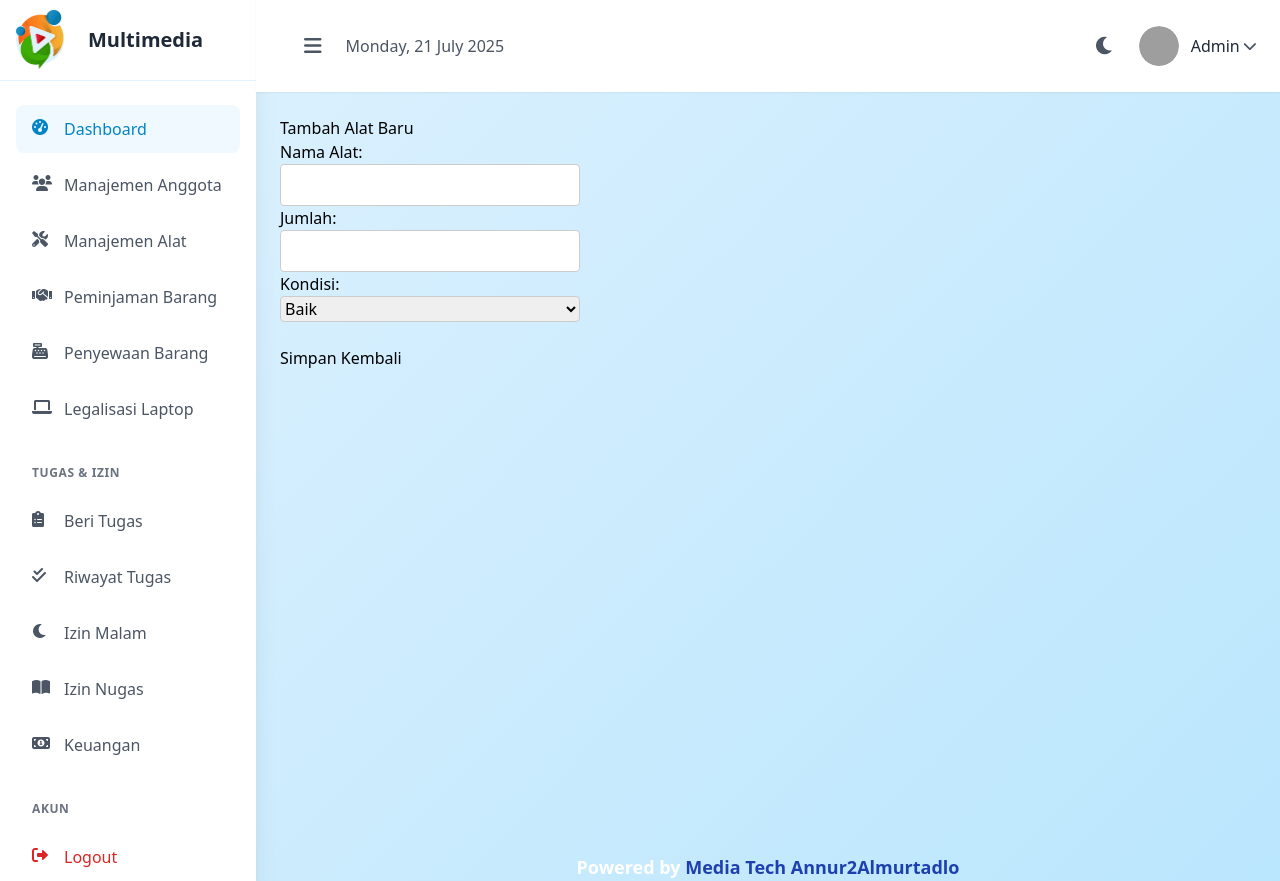
Repository: fatkquladhim/multimedia_app
Page: http://localhost/admin/daftar alat/tambah-barang.php
An editor plug-in stored every save of this project. The page is shown before and after the next save, followed by the edit.
The browser window is 1280 px wide. The pictures show the whole page.
Pictures or frames that could not be fetched are drawn as grey boxes. Some web libraries are served in a nearby version. The page is run by PHP 8.4 with error messages shown; the project is at /var/www/html/. The session is filled in as if someone had signed in: {"user_id": 2, "username": "asep", "role": "admin"}. Other server files are loaded and not shown. The database holds what the project's SQL file puts in it.

Above is the page before, as saved 2025-07-21 22:20:26.
Console error: TypeError: Cannot read properties of null (reading 'value')

### admin/daftar alat/tambah-barang.php
<?php
session_start();
if (!isset($_SESSION['user_id']) || $_SESSION['role'] !== 'admin') {
    header('Location: ../../auth/login.php');
    exit;
}

require_once '../../includes/db_config.php';
$conn = new mysqli(DB_HOST, DB_USER, DB_PASS, DB_NAME);

if ($_SERVER['REQUEST_METHOD'] === 'POST') {
    $nama_alat = $_POST['nama_alat'];
    $jumlah = $_POST['jumlah'];
    $kondisi = $_POST['kondisi'];

    $stmt = $conn->prepare("INSERT INTO alat (nama_alat, jumlah, kondisi) VALUES (?, ?, ?)");
    $stmt->bind_param("sis", $nama_alat, $jumlah, $kondisi);

    if ($stmt->execute()) {
        header("Location: daftar-alat.php?status=success&message=Alat berhasil ditambahkan");
    } else {
        header("Location: tambah-barang.php?status=error&message=Gagal menambahkan alat");
    }

    $stmt->close();
    exit;
}
include '../header_beckend.php';
include '../header.php';
?>

    <h2>Tambah Alat Baru</h2>

    <?php
    if (isset($_GET['status']) && isset($_GET['message'])) {
        echo "<div class='alert'>" . htmlspecialchars($_GET['message']) . "</div>";
    }
    ?>

    <form method="POST">
        <div>
            <label>Nama Alat:</label><br>
            <input type="text" name="nama_alat" required>
        </div>

        <div>
            <label>Jumlah:</label><br>
            <input type="number" name="jumlah" min="0" required>
        </div>

        <div>
            <label>Kondisi:</label><br>
            <select name="kondisi" required>
                <option value="Baik">Baik</option>
                <option value="Rusak Ringan">Rusak Ringan</option>
                <option value="Rusak Berat">Rusak Berat</option>
            </select>
        </div>

        <br>
        <button type="submit">Simpan</button>
        <a href="daftar-alat.php">Kembali</a>
    </form>
<?php
// Sertakan footer
include '../footer.php'; // Path relatif dari 'anggota/' ke 'includes/'
$conn->close();
?>

### includes/db_config.php
<?php
// Konfigurasi database
define('DB_HOST', 'localhost');
define('DB_USER', 'root'); // ganti jika user database Anda berbeda
define('DB_PASS', '');     // ganti jika ada password database
define('DB_NAME', 'db_multimedia'); // nama database
?>

### admin/header_beckend.php
<?php
$profile_name = "Admin "; // Default
$profile_photo = "default_profile.jpg"; // Default
$id_user = $_SESSION['user_id']; // Make sure to get the user ID from the session

$stmt_profile = $conn->prepare('SELECT nama_lengkap, foto FROM profile WHERE id_user = ?');
if ($stmt_profile) {
    $stmt_profile->bind_param('i', $id_user);
    $stmt_profile->execute();
    $stmt_profile->bind_result($fetched_name, $fetched_photo);
    if ($stmt_profile->fetch()) {
        $profile_name = htmlspecialchars($fetched_name);
        $profile_photo = htmlspecialchars($fetched_photo);
    }
    $stmt_profile->close();
} else {
    // Handle error if the statement could not be prepared
    $message = 'Error preparing statement for profile fetch.';
    $message_type = 'error';
}
?>

### admin/sidebar.php

    <div id="sidebar" class="w-64 bg-white dark:bg-slate-800 shadow-xl flex-shrink-0 sidebar transition-all duration-300 overflow-hidden glass-effect">
        <div class="p-4 flex items-center justify-between border-b border-light-blue-100 dark:border-slate-700">
            <div class="flex items-center space-x-6">
                <div class="w-12 h-12 bg-light-blue-100 rounded-full flex items-center justify-center">
                    <img src="../../public/assets/imgs/rev-removebg-preview.png">
                </div>
                <h1 class="text-xl font-bold text-gray-800 dark:text-white">Multimedia</h1>
            </div>
            <button id="closeSidebar" class="md:hidden p-2 text-gray-500 hover:text-gray-700 dark:text-gray-400 dark:hover:text-gray-200">
                <i class="fas fa-times"></i>
            </button>
        </div>

        <nav class="mt-6 px-4">
            <div class="space-y-2">
                <a href="../dashboard.php" class="flex items-center px-4 py-3 text-light-blue-600 bg-light-blue-50 dark:bg-light-blue-900 dark:text-light-blue-300 rounded-lg sidebar-nav-item hover-scale">
                    <i class="fas fa-tachometer-alt w-5 h-5 mr-3"></i>
                    <span class="font-medium">Dashboard</span>
                </a>

                <a href="../anggota/anggota.php" class="flex items-center px-4 py-3 text-gray-600 dark:text-gray-300 hover:text-light-blue-600 dark:hover:text-light-blue-400 hover:bg-light-blue-50 dark:hover:bg-slate-700 rounded-lg sidebar-nav-item hover-scale">
                    <i class="fas fa-users w-5 h-5 mr-3"></i>
                    <span class="font-medium">Manajemen Anggota</span>
                </a>

                <a href="../daftar alat/daftar-alat.php" class="flex items-center px-4 py-3 text-gray-600 dark:text-gray-300 hover:text-light-blue-600 dark:hover:text-light-blue-400 hover:bg-light-blue-50 dark:hover:bg-slate-700 rounded-lg sidebar-nav-item hover-scale">
                    <i class="fas fa-tools w-5 h-5 mr-3"></i>
                    <span class="font-medium">Manajemen Alat</span>
                </a>

                <a href="../peminjaman/peminjaman-barang.php" class="flex items-center px-4 py-3 text-gray-600 dark:text-gray-300 hover:text-light-blue-600 dark:hover:text-light-blue-400 hover:bg-light-blue-50 dark:hover:bg-slate-700 rounded-lg sidebar-nav-item hover-scale">
                    <i class="fas fa-handshake w-5 h-5 mr-3"></i>
                    <span class="font-medium">Peminjaman Barang</span>
                </a>

                <a href="../penyewaan/penyewaan-barang.php" class="flex items-center px-4 py-3 text-gray-600 dark:text-gray-300 hover:text-light-blue-600 dark:hover:text-light-blue-400 hover:bg-light-blue-50 dark:hover:bg-slate-700 rounded-lg sidebar-nav-item hover-scale">
                    <i class="fas fa-cash-register w-5 h-5 mr-3"></i>
                    <span class="font-medium">Penyewaan Barang</span>
                </a>

                <a href="../legalisasi laptop/legalisasi_list.php" class="flex items-center px-4 py-3 text-gray-600 dark:text-gray-300 hover:text-light-blue-600 dark:hover:text-light-blue-400 hover:bg-light-blue-50 dark:hover:bg-slate-700 rounded-lg sidebar-nav-item hover-scale">
                    <i class="fas fa-laptop w-5 h-5 mr-3"></i>
                    <span class="font-medium">Legalisasi Laptop</span>
                </a>
            </div>

            <div class="mt-8 mb-4">
                <h3 class="px-4 text-xs font-semibold text-gray-500 dark:text-gray-400 uppercase tracking-wider">
                    Tugas & Izin
                </h3>
            </div>

            <div class="space-y-2">
                <a href="../beri tugas/beri_tugas_form.php" class="flex items-center px-4 py-3 text-gray-600 dark:text-gray-300 hover:text-light-blue-600 dark:hover:text-light-blue-400 hover:bg-light-blue-50 dark:hover:bg-slate-700 rounded-lg sidebar-nav-item hover-scale">
                    <i class="fas fa-clipboard-list w-5 h-5 mr-3"></i>
                    <span class="font-medium">Beri Tugas</span>
                </a>

                <a href="../beri tugas/tugas_selesai_riwayat.php" class="flex items-center px-4 py-3 text-gray-600 dark:text-gray-300 hover:text-light-blue-600 dark:hover:text-light-blue-400 hover:bg-light-blue-50 dark:hover:bg-slate-700 rounded-lg sidebar-nav-item hover-scale">
                    <i class="fas fa-check-double w-5 h-5 mr-3"></i>
                    <span class="font-medium">Riwayat Tugas</span>
                </a>

                <a href="../izin_malam/izin-malam.php" class="flex items-center px-4 py-3 text-gray-600 dark:text-gray-300 hover:text-light-blue-600 dark:hover:text-light-blue-400 hover:bg-light-blue-50 dark:hover:bg-slate-700 rounded-lg sidebar-nav-item hover-scale">
                    <i class="fas fa-moon w-5 h-5 mr-3"></i>
                    <span class="font-medium">Izin Malam</span>
                </a>

                <a href="../izin_nugas/izin-nugas.php" class="flex items-center px-4 py-3 text-gray-600 dark:text-gray-300 hover:text-light-blue-600 dark:hover:text-light-blue-400 hover:bg-light-blue-50 dark:hover:bg-slate-700 rounded-lg sidebar-nav-item hover-scale">
                    <i class="fas fa-book-open w-5 h-5 mr-3"></i>
                    <span class="font-medium">Izin Nugas</span>
                </a>

                <a href="../keuangan/manage_uang.php" class="flex items-center px-4 py-3 text-gray-600 dark:text-gray-300 hover:text-light-blue-600 dark:hover:text-light-blue-400 hover:bg-light-blue-50 dark:hover:bg-slate-700 rounded-lg sidebar-nav-item hover-scale">
                    <i class="fas fa-money-bill-alt w-5 h-5 mr-3"></i>
                    <span class="font-medium">Keuangan</span>
                </a>
            </div>

            <div class="mt-8 mb-4">
                <h3 class="px-4 text-xs font-semibold text-gray-500 dark:text-gray-400 uppercase tracking-wider">
                    Akun
                </h3>
            </div>

            <div class="space-y-2">
                <a href="../../auth/logout.php" class="flex items-center px-4 py-3 text-red-600 dark:text-red-400 hover:text-red-700 dark:hover:text-red-300 hover:bg-red-50 dark:hover:bg-red-900 rounded-lg sidebar-nav-item hover-scale">
                    <i class="fas fa-sign-out-alt w-5 h-5 mr-3"></i>
                    <span class="font-medium">Logout</span>
                </a>
            </div>
        </nav>
    </div>

### admin/footer.php

                </main>
                <footer  class="flex justify-center">
                    <p class="text-white font-bold text-lg">
                         Powered by <span class="text-blue-800">Media Tech Annur2Almurtadlo</span>
                    </p>
                </footer>
            </div>
        </div>
        <script>

    // Dark Mode Toggle
    const darkModeToggle = document.getElementById('darkModeToggle');
    const html = document.documentElement;

    // Check for saved theme preference or default to light mode
    const savedTheme = localStorage.getItem('theme');
    if (savedTheme === 'dark') {
        html.classList.add('dark');
    }

    darkModeToggle.addEventListener('click', () => {
        html.classList.toggle('dark');
        localStorage.setItem('theme', html.classList.contains('dark') ? 'dark' : 'light');
    });

    // Mobile Menu Toggle
    const mobileMenuToggle = document.getElementById('mobileMenuToggle');
    const sidebar = document.getElementById('sidebar');
    const sidebarOverlay = document.getElementById('sidebarOverlay');
    const closeSidebar = document.getElementById('closeSidebar');

    function toggleMobileSidebar() {
        sidebar.classList.toggle('active');
        sidebarOverlay.classList.toggle('active');
    }

    mobileMenuToggle.addEventListener('click', toggleMobileSidebar);
    closeSidebar.addEventListener('click', toggleMobileSidebar);
    sidebarOverlay.addEventListener('click', toggleMobileSidebar);

    // Desktop Sidebar Toggle
    const sidebarToggle = document.getElementById('sidebarToggle');
    const mainContentArea = document.getElementById('mainContentArea');
    let isSidebarOpen = true;

    sidebarToggle.addEventListener('click', () => {
        if (isSidebarOpen) {
            // Close sidebar
            sidebar.classList.remove('w-64');
            sidebar.classList.add('w-20');

            // Hide text content
            sidebar.querySelectorAll('span.font-medium, h3')
                .forEach(el => el.classList.add('hidden'));

            // Show only icons
            sidebar.querySelectorAll('i')
                .forEach(el => el.classList.add('mx-auto'));

            sidebarToggle.querySelector('i').classList.replace('fa-bars', 'fa-arrow-right');
        } else {
            // Open sidebar
            sidebar.classList.remove('w-20');
            sidebar.classList.add('w-64');

            // Show text content
            sidebar.querySelectorAll('span.font-medium, h3')
                .forEach(el => el.classList.remove('hidden'));

            // Reset icon alignment
            sidebar.querySelectorAll('i')
                .forEach(el => el.classList.remove('mx-auto'));

            sidebarToggle.querySelector('i').classList.replace('fa-arrow-right', 'fa-bars');
        }
        isSidebarOpen = !isSidebarOpen;
    });

    // Responsive behavior
    function handleResize() {
        if (window.innerWidth < 768) {
            // Mobile: Hide desktop sidebar toggle, show mobile menu
            sidebarToggle.classList.add('hidden');
            mobileMenuToggle.classList.remove('hidden');

            // Reset sidebar state for mobile
            sidebar.classList.remove('active');
            sidebarOverlay.classList.remove('active');
        } else {
            // Desktop: Show desktop sidebar toggle, hide mobile menu
            sidebarToggle.classList.remove('hidden');
            mobileMenuToggle.classList.add('hidden');

            // Ensure sidebar is properly positioned for desktop
            sidebar.classList.remove('active');
            sidebarOverlay.classList.remove('active');
        }
    }

    // Initial check
    handleResize();

    // Listen for resize events
    window.addEventListener('resize', handleResize);

    // Smooth scrolling for anchor links
    document.querySelectorAll('a[href^="#"]').forEach(anchor => {
        anchor.addEventListener('click', function(e) {
            e.preventDefault();
            const target = document.querySelector(this.getAttribute('href'));
            if (target) {
                target.scrollIntoView({
                    behavior: 'smooth'
                });
            }
        });
    });

    // Add loading animation to buttons
    document.querySelectorAll('button, a').forEach(element => {
        element.addEventListener('click', function() {
            if (!this.classList.contains('no-loading')) {
                this.style.opacity = '0.8';
                setTimeout(() => {
                    this.style.opacity = '1';
                }, 200);
            }
        });
    });

// penambahan untuk peminjaman dan penyewaan
    function togglePeminjam() {
            var tipe = document.getElementById('tipe_peminjam').value;
            if (tipe === 'umum') {
                document.getElementById('form_umum').style.display = 'block';
                document.getElementById('form_anggota').style.display = 'none';
                document.getElementById('nama_peminjam').required = true;
                document.getElementById('kontak_peminjam').required = true;
                document.getElementById('id_anggota').required = false;
            } else {
                document.getElementById('form_umum').style.display = 'none';
                document.getElementById('form_anggota').style.display = 'block';
                document.getElementById('nama_peminjam').required = false;
                document.getElementById('kontak_peminjam').required = false;
                document.getElementById('id_anggota').required = true;
            }
        }
        function togglePenyewa() {
            var tipe = document.getElementById('tipe_penyewa').value;
            if (tipe === 'umum') {
                document.getElementById('form_umum').style.display = 'block';
                document.getElementById('form_anggota').style.display = 'none';
                document.getElementById('nama_penyewa').required = true;
                document.getElementById('kontak_penyewa').required = true;
                document.getElementById('id_anggota').required = false;
            } else {
                document.getElementById('form_umum').style.display = 'none';
                document.getElementById('form_anggota').style.display = 'block';
                document.getElementById('nama_penyewa').required = false;
                document.getElementById('kontak_penyewa').required = false;
                document.getElementById('id_anggota').required = true;
            }
        }
        // Panggil saat halaman dimuat
        window.onload = togglePeminjam;
        </script>
    </body>
    </html>

### db_multimedia (2).sql (the tables this page reads)
CREATE TABLE `profile` (
  `id` int(11) NOT NULL,
  `id_user` int(11) NOT NULL,
  `nama_lengkap` varchar(100) DEFAULT NULL,
  `email` varchar(100) DEFAULT NULL,
  `alamat` text DEFAULT NULL,
  `no_hp` varchar(20) DEFAULT NULL,
  `foto` varchar(255) DEFAULT NULL
) ENGINE=InnoDB DEFAULT CHARSET=utf8mb4 COLLATE=utf8mb4_general_ci;

INSERT INTO `profile` (`id`, `id_user`, `nama_lengkap`, `email`, `alamat`, `no_hp`, `foto`) VALUES
(2, 21, 'moch fatkqul adhim', 'fatquladhim@gmail.com', 'turen malang', '085854641569', 'profile_21_1752769537.png');

ALTER TABLE `profile`
  ADD PRIMARY KEY (`id`),
  ADD KEY `id_user` (`id_user`);

ALTER TABLE `profile`
  MODIFY `id` int(11) NOT NULL AUTO_INCREMENT, AUTO_INCREMENT=3;

ALTER TABLE `profile`
  ADD CONSTRAINT `profile_ibfk_1` FOREIGN KEY (`id_user`) REFERENCES `users` (`id`);

Loaded but not shown: admin/header.php (262 lines, source omitted)

After the next save:
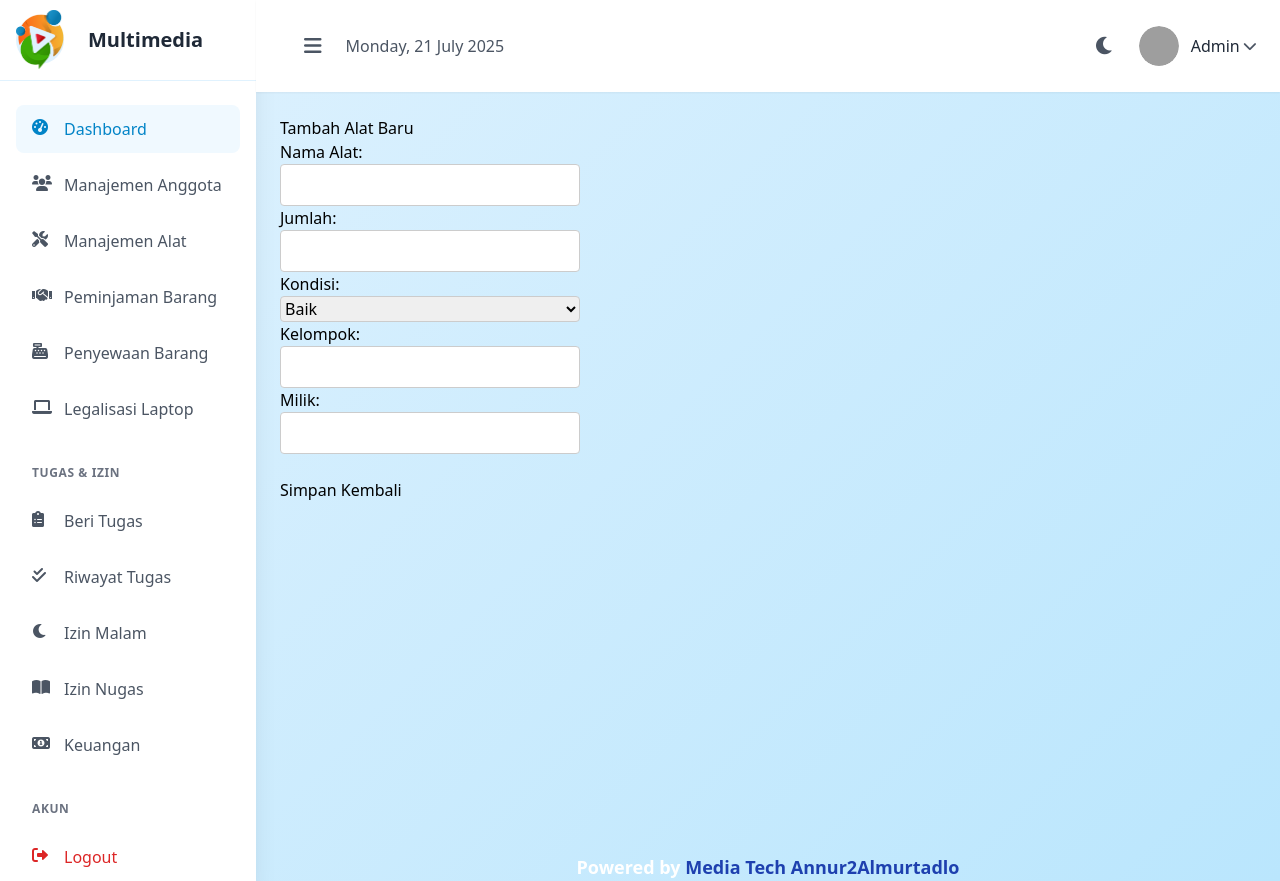
Saved 4 min 55 s later.
--- a/admin/daftar alat/tambah-barang.php
+++ b/admin/daftar alat/tambah-barang.php
@@ -56,6 +56,15 @@ include '../header.php';
                 <option value="Rusak Berat">Rusak Berat</option>
             </select>
         </div>
+        <div>
+            <label>Kelompok:</label><br>
+            <input type="text" name="kelompok">
+        </div>
+
+        <div>
+            <label>Milik:</label><br>
+            <input type="text" name="milik">
+        </div>
 
         <br>
         <button type="submit">Simpan</button>
